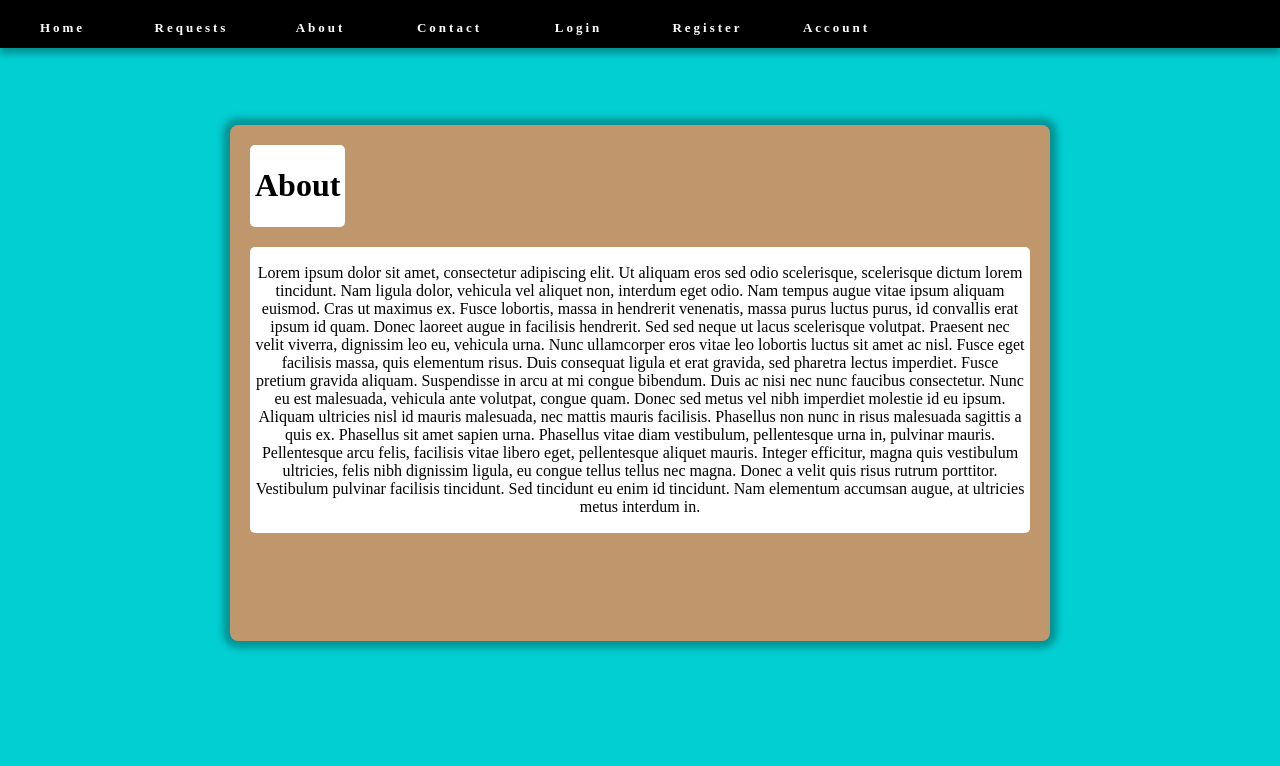
Repository: mailog/Tomorrow
Page: http://localhost/about
These files come from the project's save history. The page is drawn as it stood at one moment and after the next save; the edit follows.
The browser window is 1280 px wide. The pictures show the whole page.
The page is this project's Thymeleaf template; nobody is signed in. The template is opened directly, without the code that normally fills it, so the values that code supplies are empty.

Above is the page before, as saved 2017-07-30 06:15:20.

After the next save:
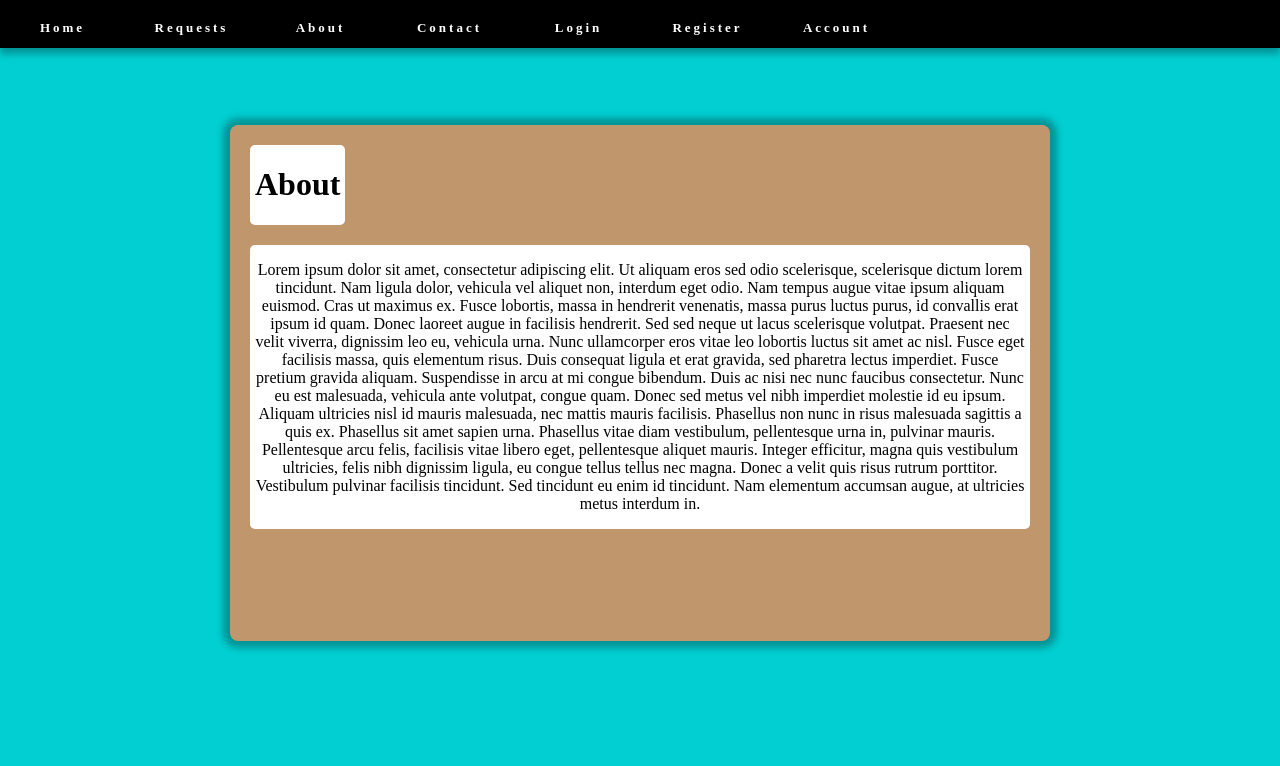
Saved 17 s later.
--- a/Tomorrow/src/main/resources/static/css/about.css
+++ b/Tomorrow/src/main/resources/static/css/about.css
@@ -23,5 +23,6 @@
 	background-color:white;
 	color:black;
 	margin: 10px;
-	padding: 1px 5px 1px 5px;
+	padding-right: 5px;
+	padding-left:5px;
 }
